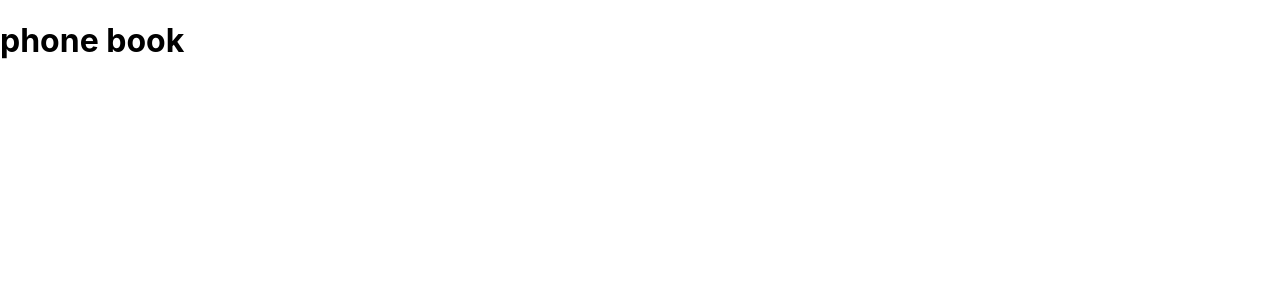
Repository: Marwa-Medhat/ReactJS-Labs
Page: / (app in myapp/)
An editor plug-in stored every save of this project. The page is shown before and after the next save, followed by the edit.
The browser window is 1280 px wide. The pictures show the whole page.
The project was rebuilt for these pictures with package versions that can differ from the ones it lists, and the page was loaded fresh each time. Also part of the build but not shown: myapp/src/App.css.

Above is the page before, as saved 2021-04-28 14:29:19.

### myapp/src/index.js
import React from 'react';
import ReactDOM from 'react-dom';
import './index.css';
// import App from './App';
import App from './App2';
import reportWebVitals from './reportWebVitals';

ReactDOM.render(
    <App />,
  document.getElementById('root')
);

// If you want to start measuring performance in your app, pass a function
// to log results (for example: reportWebVitals(console.log))
// or send to an analytics endpoint. Learn more: https://bit.ly/CRA-vitals
reportWebVitals();

### myapp/src/App2.js
import logo from './logo.svg';
import './App.css';
import React, { Component } from 'react';
// function App() {



class App extends React.Component{
    render(){
        return (
          <div >
              <h1>phone book</h1>
              <div><displayContacts/></div>
          <div><AddContact /></div>
         </div>
        ); //return
        } //render
}


class AddContact extends React.Component{
    render(){
        return (
          <div >
          <div ></div>
         </div>
        ); //return
        } //render
}

class displayContacts extends React.Component{
    render(){
        return (
          <div >
          <div ></div>
         </div>
        ); //return
        } //render
}



class displayContact extends React.Component{
    render(){
        return (
          <div >
          <div ></div>
         </div>
        ); //return
        } //render
}



export default App;

Loaded but not shown: myapp/public/index.html (common file); myapp/src/index.css (common file); myapp/src/reportWebVitals.js (common file)

After the next save:
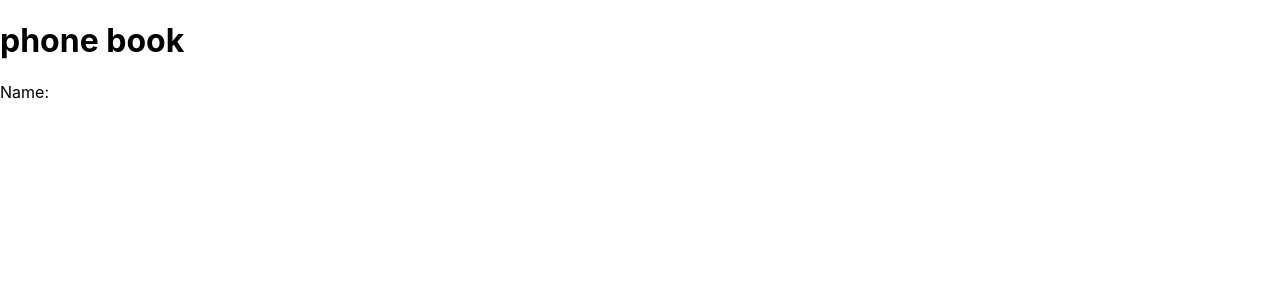
Saved 20 s later.
--- a/myapp/src/App2.js
+++ b/myapp/src/App2.js
@@ -23,6 +23,7 @@ class AddContact extends React.Component{
         return (
           <div >
           <div ></div>
+          Name:
          </div>
         ); //return
         } //render
